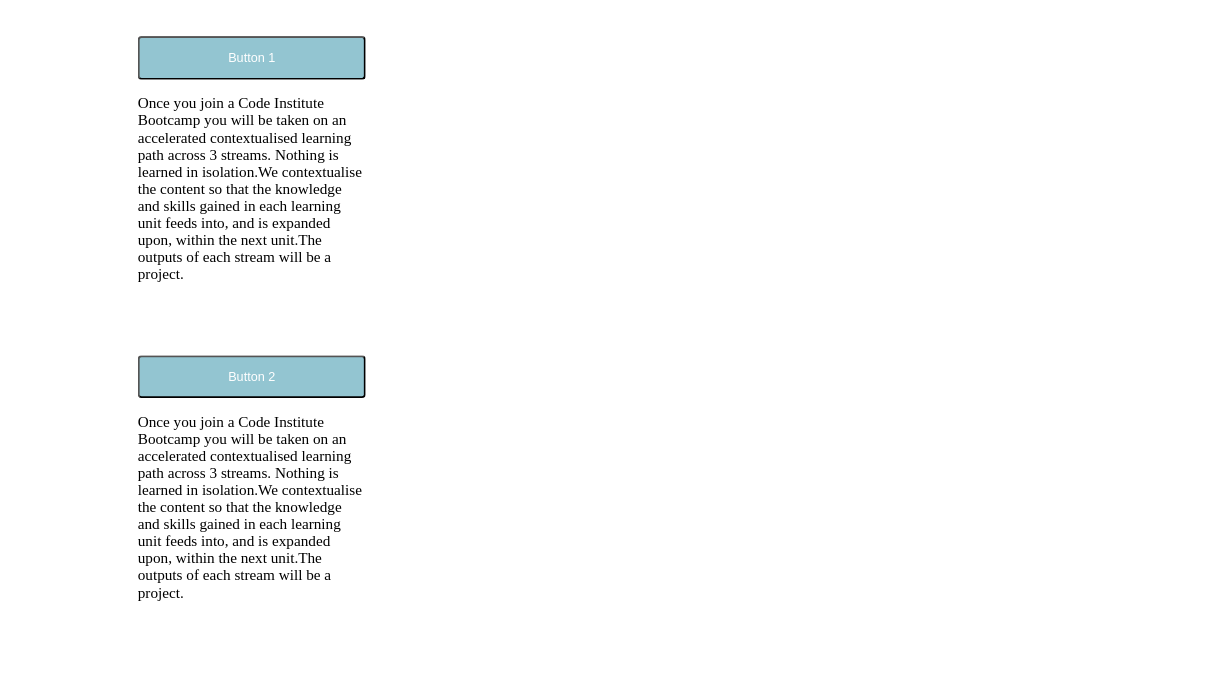
Repository: robibrutoczki/methodChaining
Page: index.html
The author's editor kept a record of every edit. The page is drawn from the files as they stood at one moment, then again after the next edit.
The browser window is 1280 px wide. The pictures show the whole page, at 95% of full size.
Some web libraries are served in a nearby version.

Above is the page before.

### index.html
<!doctype html>
<html lang="en">
<head>
	<meta charset="utf-8" />
	<meta name="viewport" content="width=device-width, initial-scale=1">
	<title>jQuery</title>
	<link href="css/style.css" rel="stylesheet">
	<link href='https://fonts.googleapis.com/css?family=Roboto' rel='stylesheet' type='text/css'>
	<link href='https://fonts.googleapis.com/css?family=Dosis' rel='stylesheet' type='text/css'>
</head>
<body>
	<div id="container">
		<div class='card'>
			<button id='button1'  class="bottom_button">Button 1</button>
			<p id='para1' class="card_para">Once you join a Code Institute Bootcamp you will be taken on an accelerated contextualised learning path across 3 streams. Nothing is learned in isolation.We contextualise the content so that the knowledge and skills gained in each learning unit feeds into, and is expanded upon, within the next unit.The outputs of each stream will be a project. </p>
		</div>
	</div>
	<div id="container">
		<div class='card'>
			<button id='button2'  class="bottom_button">Button 2</button>
			<p id='para2' class="card_para">Once you join a Code Institute Bootcamp you will be taken on an accelerated contextualised learning path across 3 streams. Nothing is learned in isolation.We contextualise the content so that the knowledge and skills gained in each learning unit feeds into, and is expanded upon, within the next unit.The outputs of each stream will be a project. </p>
		</div>
	</div>
	<!-- Scripts located at the bottom of the body to insure page is fully loaded before execution -->
	<script src="https://code.jquery.com/jquery-3.2.1.js" integrity="sha256-DZAnKJ/6XZ9si04Hgrsxu/8s717jcIzLy3oi35EouyE=" crossorigin="anonymous"></script>
	<script src="js/script.js"></script> <!-- Scripts located at the bottom of the body to insure page is fully loaded before execution -->

</body>
</html>

### css/style.css
#container
{
	display: flex;		/* makes container a flexbox*/
	flex-flow: row wrap; 	/* layout the boxes in rows and wrap them*/
	box-sizing:border-box;
	margin-right:auto;
	margin-left:auto;
	max-width:1050px;
}
.bottom_button{
	display: flex;
	box-sizing:border-box;
	border-radius: 4px;
	display: block;
	width: 100%;
	background-color:rgba(129, 187, 201,.85);
	text-align: center;
	padding: 1em .75em;
	text-decoration: none;
	color: #fff;

}

.card_bottom{
	display: flex;
	flex-flow:column;
}

.card{
	flex:1; /* */
	display: flex;	/* make the contents controllable by flexbox*/
	flex-flow:column;	/* */
	max-width: 240px; /**/
	margin: 10px;
	padding: 20px;
	background-color: #fff;
}


/*************************
Navigation
**************************/


.underline{
  text-decoration:underline;
}
.border{
  border: solid 5px #ccc;
}
.makeRed{display: flex;
	box-sizing:border-box;
	border-radius: 4px;
	display: block;
	width: 100%;
	background: red;
	text-align: center;
	padding: 1em .75em;
	text-decoration: none;
	color: #fff;}

.makeBorder{display: flex;
	box-sizing:border-box;
	border-radius: 4px;
	display: block;
	width: 100%;
	background: red;
	text-align: center;
	padding: 1em .75em;
	text-decoration: none;
	color: #fff;
	border:2px solid black;}

### js/script.js
$(document).ready(function() {
 //
 // add your jQuery code here

    $("#button1").mouseenter(function(){
        $('#button1').removeClass("makeRed").addClass("makeBorder");
    });
    $("#button1").mouseleave(function(){
        $('#button1').removeClass("makeBorder").addClass("makeRed");
    });
    $("#button1").click(function(){
        $('#para1').toggle('#para1');
    });
   $("#button1").click(function(){
        $('#para2').hide('#para1');
    });
    $("#button1").click(function(){
        $('#para1').toggle('#para1');
    });

});

After the next edit:
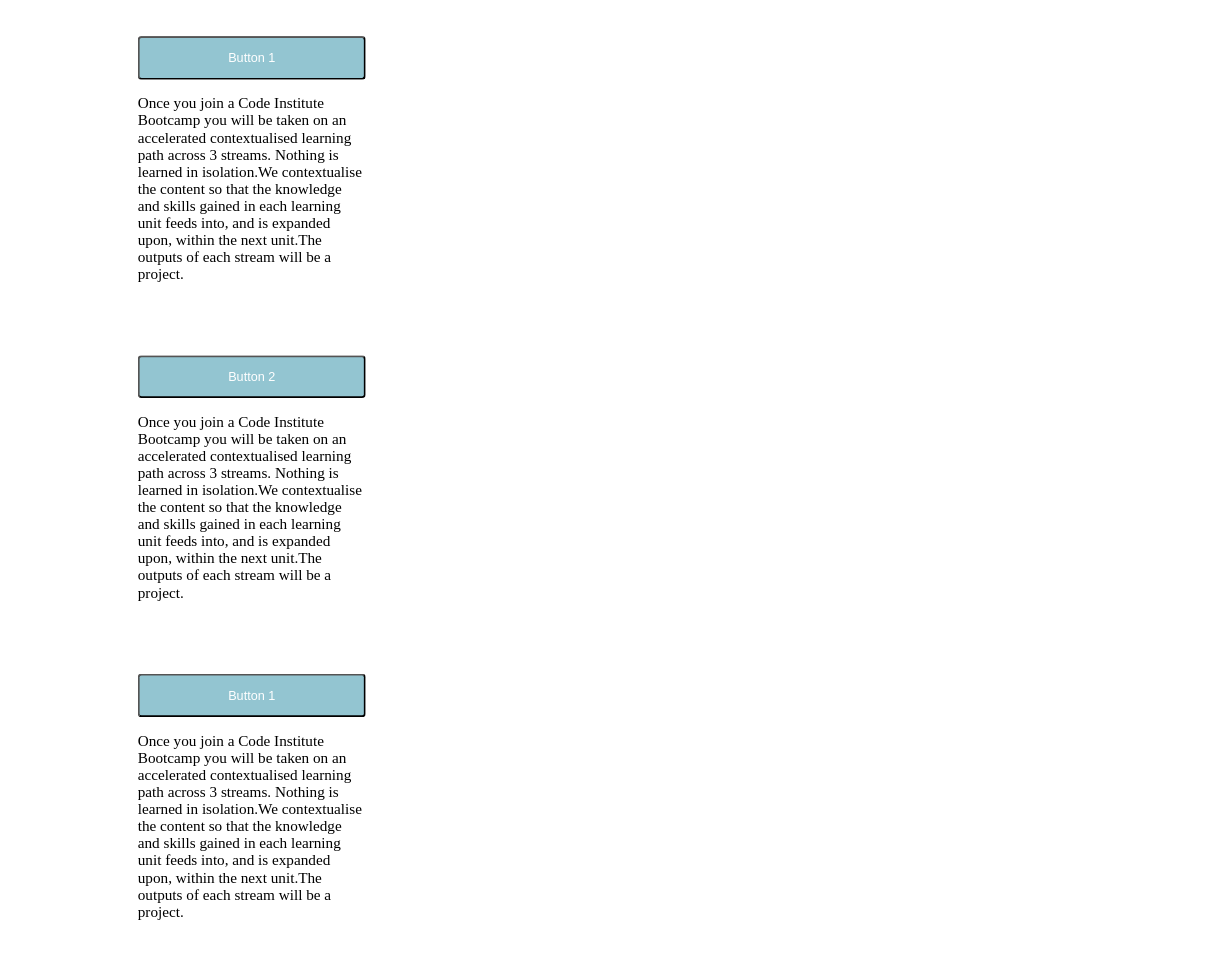
The edit:
--- a/index.html
+++ b/index.html
@@ -21,6 +21,12 @@
 			<p id='para2' class="card_para">Once you join a Code Institute Bootcamp you will be taken on an accelerated contextualised learning path across 3 streams. Nothing is learned in isolation.We contextualise the content so that the knowledge and skills gained in each learning unit feeds into, and is expanded upon, within the next unit.The outputs of each stream will be a project. </p>
 		</div>
 	</div>
+	<div id="container">
+		<div class='card'>
+			<button id='button1'  class="bottom_button">Button 1</button>
+			<p id='para1' class="card_para">Once you join a Code Institute Bootcamp you will be taken on an accelerated contextualised learning path across 3 streams. Nothing is learned in isolation.We contextualise the content so that the knowledge and skills gained in each learning unit feeds into, and is expanded upon, within the next unit.The outputs of each stream will be a project. </p>
+		</div>
+	</div>
 	<!-- Scripts located at the bottom of the body to insure page is fully loaded before execution -->
 	<script src="https://code.jquery.com/jquery-3.2.1.js" integrity="sha256-DZAnKJ/6XZ9si04Hgrsxu/8s717jcIzLy3oi35EouyE=" crossorigin="anonymous"></script>
 	<script src="js/script.js"></script> <!-- Scripts located at the bottom of the body to insure page is fully loaded before execution -->
